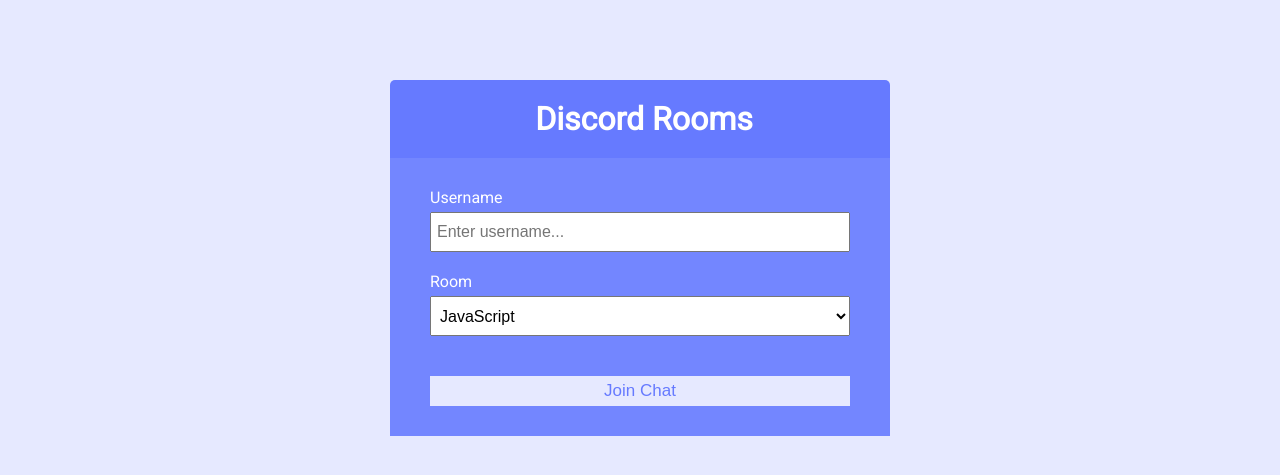
Repository: dev-bot1/Discord-Rooms
Page: public/index.html
These files come from the project's save history. The page is drawn as it stood at one moment and after the next save; the edit follows.
The browser window is 1280 px wide. The pictures show the whole page.
Some icons come from a web library that is not loaded, so they are not drawn. Some web libraries are served in a nearby version.

Above is the page before, as saved 2021-06-15 14:42:36.

### public/index.html
<!DOCTYPE html>
<html lang="en">
	<head>
		<meta charset="UTF-8" />
		<meta name="viewport" content="width=device-width, initial-scale=1.0" />
		<meta http-equiv="X-UA-Compatible" content="ie=edge" />
		<link
			rel="stylesheet"
			href="https://cdnjs.cloudflare.com/ajax/libs/font-awesome/5.12.1/css/all.min.css"
			integrity="sha256-mmgLkCYLUQbXn0B1SRqzHar6dCnv9oZFPEC1g1cwlkk="
			crossorigin="anonymous"
		/>
		<link rel="stylesheet" href="css/style.css" />
		<title>Discord</title>
	</head>
	<body>
		<div class="join-container">
			<header class="join-header">
				<h1><i class="fas fa-comment-alt-dots"></i> Discord Rooms</h1>
			</header>
			<main class="join-main">
				<form action="chat.html">
					<div class="form-control">
						<label for="username">Username</label>
						<input
							type="text"
							name="username"
							id="username"
							placeholder="Enter username..."
							required
						/>
					</div>
					<div class="form-control">
						<label for="room">Room</label>
						<select name="room" id="room">
							<option value="JavaScript">JavaScript</option>
							<option value="Python">Python</option>
							<option value="PHP">PHP</option>
							<option value="C#">C#</option>
							<option value="Ruby">Ruby</option>
							<option value="Java">Java</option>
						</select>
					</div>
					<button type="submit" class="btn">Join Chat</button>
				</form>
			</main>
		</div>
	</body>
</html>

### public/css/style.css
@import url('https://fonts.googleapis.com/css?family=Roboto&display=swap');

:root {
	--dark-color-a: #667aff;
	--dark-color-b: #7386ff;
	--light-color: #e6e9ff;
	--success-color: #5cb85c;
	--error-color: #d9534f;
}

* {
	box-sizing: border-box;
	margin: 0;
	padding: 0;
}

body {
	font-family: 'Roboto', sans-serif;
	font-size: 16px;
	background: var(--light-color);
	margin: 20px;
}

ul {
	list-style: none;
}

a {
	text-decoration: none;
}

.btn {
	cursor: pointer;
	padding: 5px 15px;
	background: var(--light-color);
	color: var(--dark-color-a);
	border: 0;
	font-size: 17px;
}

/* Chat Page */

.chat-container {
	max-width: 1100px;
	background: #fff;
	margin: 30px auto;
	overflow: hidden;
}

.chat-header {
	background: var(--dark-color-a);
	color: #fff;
	border-top-left-radius: 5px;
	border-top-right-radius: 5px;
	padding: 15px;
	display: flex;
	align-items: center;
	justify-content: space-between;
}

.chat-main {
	display: grid;
	grid-template-columns: 1fr 3fr;
}

.chat-sidebar {
	background: var(--dark-color-b);
	color: #fff;
	padding: 20px 20px 60px;
	overflow-y: scroll;
}

.chat-sidebar h2 {
	font-size: 20px;
	background: rgba(0, 0, 0, 0.1);
	padding: 10px;
	margin-bottom: 20px;
}

.chat-sidebar h3 {
	margin-bottom: 15px;
}

.chat-sidebar ul li {
	padding: 10px 0;
}

.chat-messages {
	padding: 30px;
	max-height: 500px;
	overflow-y: scroll;
}

.chat-messages .message {
	padding: 10px;
	margin-bottom: 15px;
	background-color: var(--light-color);
	border-radius: 5px;
}

.chat-messages .message .meta {
	font-size: 15px;
	font-weight: bold;
	color: var(--dark-color-b);
	opacity: 0.7;
	margin-bottom: 7px;
}

.chat-messages .message .meta span {
	color: #777;
}

.chat-form-container {
	padding: 20px 30px;
	background-color: var(--dark-color-a);
}

.chat-form-container form {
	display: flex;
}

.chat-form-container input[type='text'] {
	font-size: 16px;
	padding: 5px;
	height: 40px;
	flex: 1;
}

/* Join Page */
.join-container {
	max-width: 500px;
	margin: 80px auto;
	color: #fff;
}

.join-header {
	text-align: center;
	padding: 20px;
	background: var(--dark-color-a);
	border-top-left-radius: 5px;
	border-top-right-radius: 5px;
}

.join-main {
	padding: 30px 40px;
	background: var(--dark-color-b);
}

.join-main p {
	margin-bottom: 20px;
}

.join-main .form-control {
	margin-bottom: 20px;
}

.join-main label {
	display: block;
	margin-bottom: 5px;
}

.join-main input[type='text'] {
	font-size: 16px;
	padding: 5px;
	height: 40px;
	width: 100%;
}

.join-main select {
	font-size: 16px;
	padding: 5px;
	height: 40px;
	width: 100%;
}

.join-main .btn {
	margin-top: 20px;
	width: 100%;
}

@media (max-width: 700px) {
	.chat-main {
		display: block;
	}

	.chat-sidebar {
		display: none;
	}
}

After the next save:
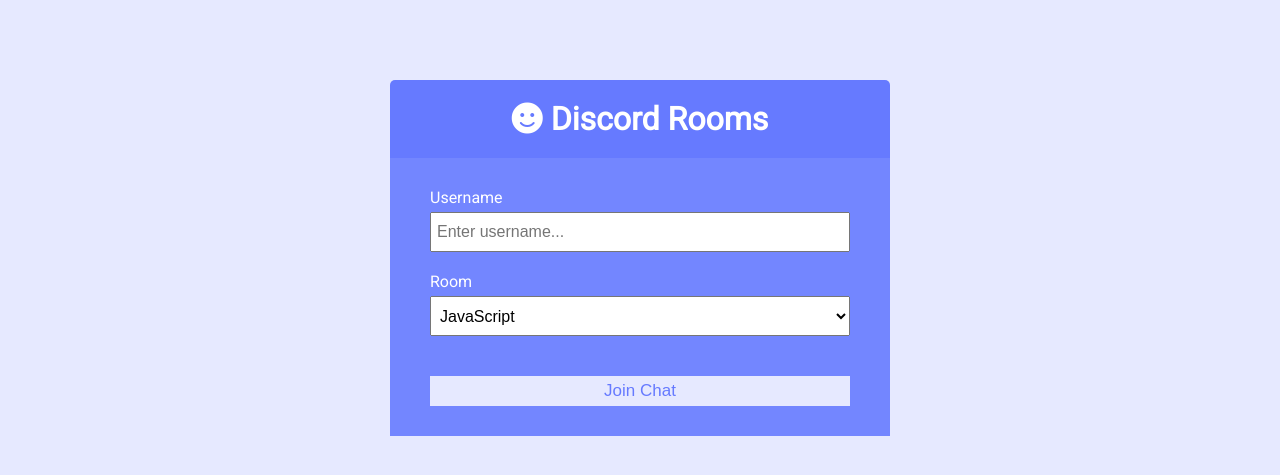
Saved 5 s later.
--- a/public/index.html
+++ b/public/index.html
@@ -16,7 +16,7 @@
 	<body>
 		<div class="join-container">
 			<header class="join-header">
-				<h1><i class="fas fa-comment-alt-dots"></i> Discord Rooms</h1>
+				<h1><i class="fas fa-smile"></i> Discord Rooms</h1>
 			</header>
 			<main class="join-main">
 				<form action="chat.html">
